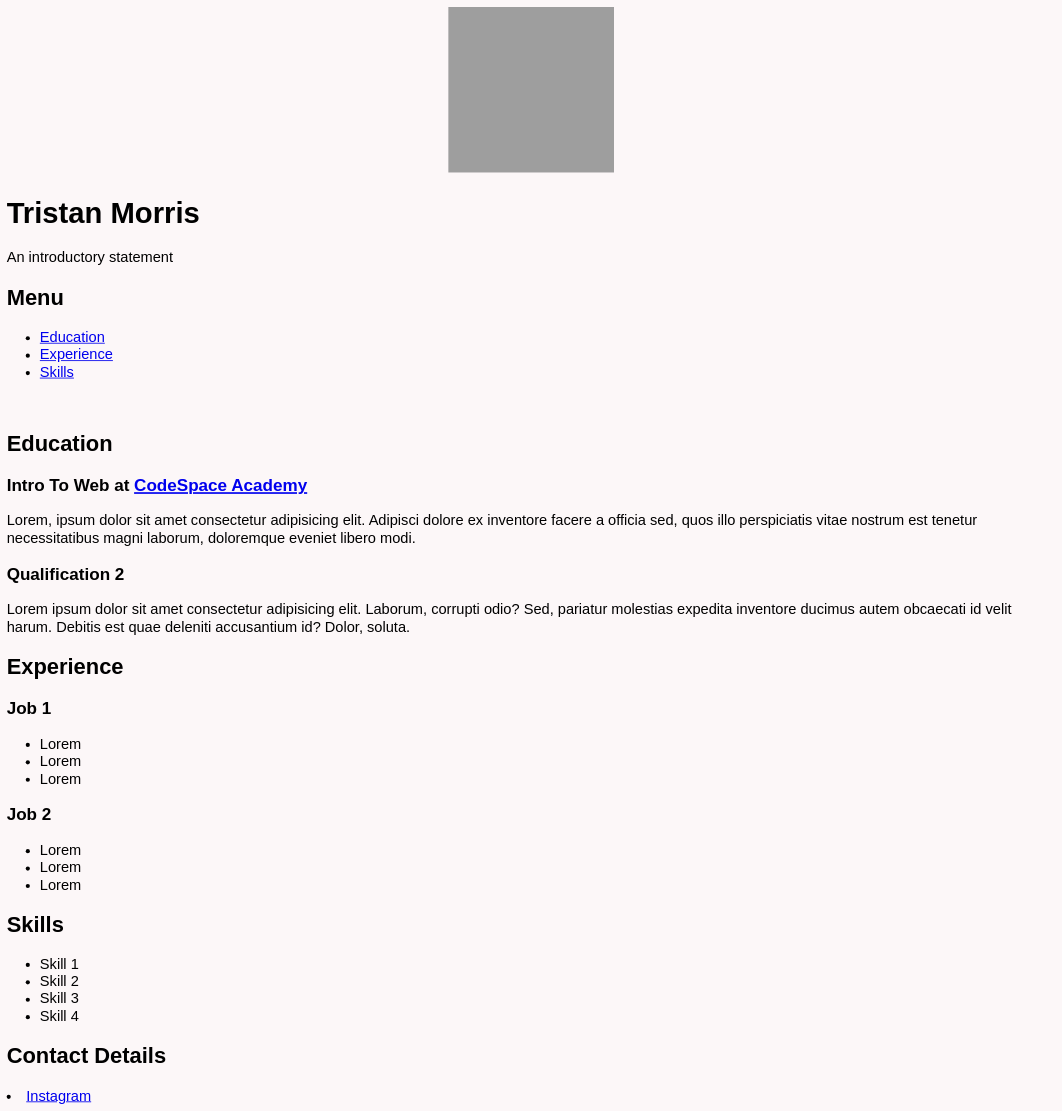
Repository: TristanKMorris/introToWebDesignAssignment
Page: resume1.html
These files come from the project's save history. The page is drawn as it stood at one moment and after the next save; the edit follows.
The browser window is 1280 px wide. The pictures show the whole page, at 83% of full size.
Pictures or frames that could not be fetched are drawn as grey boxes.

Above is the page before, as saved 2022-05-31 13:20:56.

### resume1.html

<!DOCTYPE html>
<html
  <head>
    <title>My first web page</title>

    <link rel="stylesheet" type="text/css" href="css/stylesheet.css">
  </head>
  <body>

    <header>
        <img src="images/Tristan Portrait.png" alt="Tristan Morris Portrait" width="200" height="200"/>
    </header>

    <h1>Tristan Morris</h1>
    <p>An introductory statement</p>
   <h2>Menu</h2>
    <ul>
      <li><a href="#education">Education</a></li>
      <li><a href="#experience">Experience</a></li>
      <li><a href="#skills">Skills</a></li>
    </ul>
    <br />
    <h2 id="education">Education</h2>
    <h3>
      Intro To Web at <a href="http://codespace.co.za/">CodeSpace Academy</a>
    </h3>
    <p>
      Lorem, ipsum dolor sit amet consectetur adipisicing elit. Adipisci dolore
      ex inventore facere a officia sed, quos illo perspiciatis vitae nostrum
      est tenetur necessitatibus magni laborum, doloremque eveniet libero modi.
    </p>
    <h3>Qualification 2</h3>
    <p>
      Lorem ipsum dolor sit amet consectetur adipisicing elit. Laborum, corrupti
      odio? Sed, pariatur molestias expedita inventore ducimus autem obcaecati
      id velit harum. Debitis est quae deleniti accusantium id? Dolor, soluta.
    </p>
    <h2 id="experience">Experience</h2>
    <h3>Job 1</h3>
    <ul>
      <li>Lorem</li>
      <li>Lorem</li>
      <li>Lorem</li>
    </ul>
    <h3>Job 2</h3>
    <ul>
      <li>Lorem</li>
      <li>Lorem</li>
      <li>Lorem</li>
    </ul>
    <h2 id="skills">Skills</h2>
    <ul>
      <li>Skill 1</li>
      <li>Skill 2</li>
      <li>Skill 3</li>
      <li>Skill 4</li>
    </ul>
    <h2>Contact Details</h2>
    <li><a href="http://www.instagram.com/tristan_k_morris">Instagram</a></li>
  </body>
</html>

### css/stylesheet.css
body{
  font-family: sans-serif;
  font-size:110%;
  background-color: #FCF7F8;
}

header {
  text-align: center;
}

footer {
  background-color: #343330;
  text-align: center;
}

After the next save:
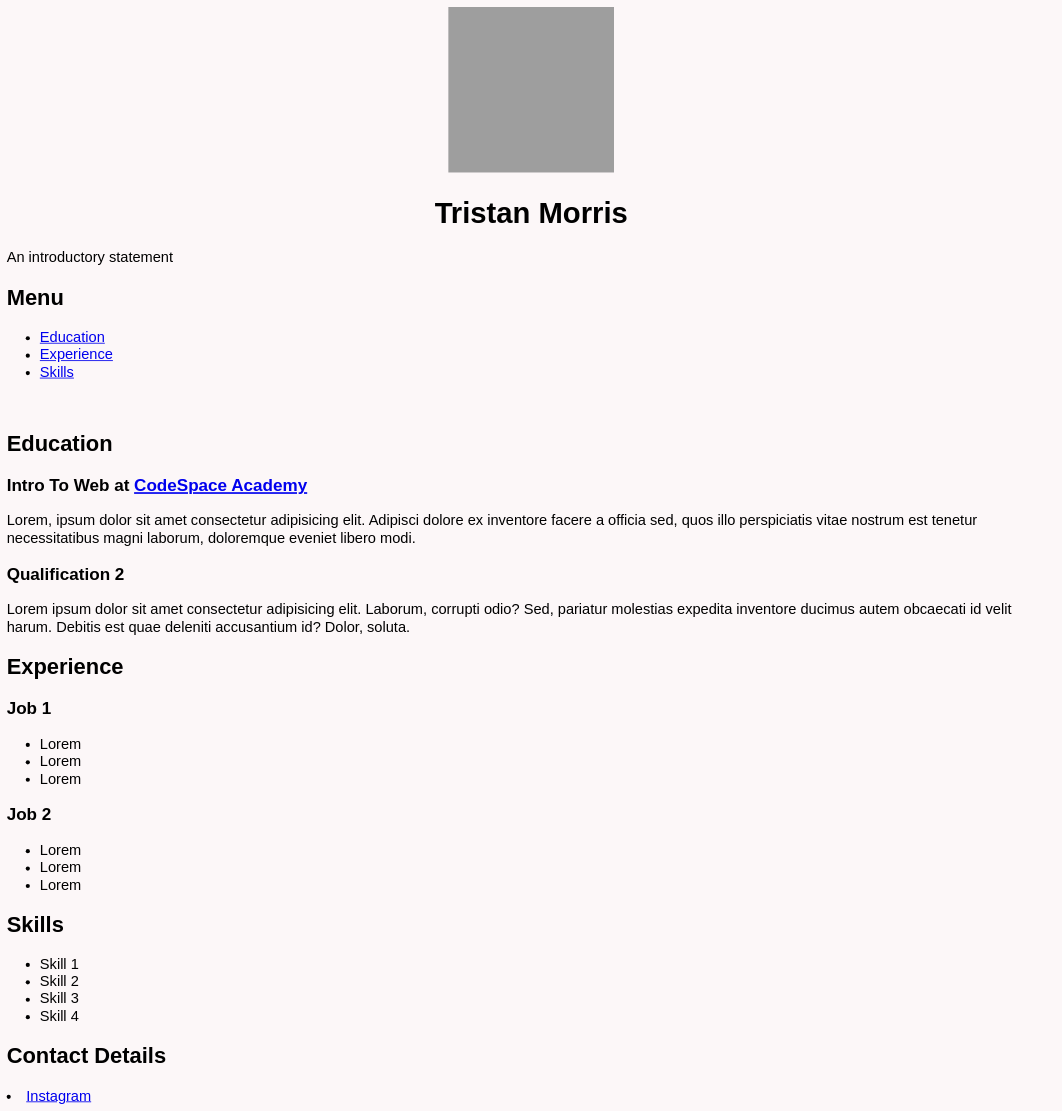
Saved 34 s later.
--- a/resume1.html
+++ b/resume1.html
@@ -10,9 +10,10 @@
 
     <header>
         <img src="images/Tristan Portrait.png" alt="Tristan Morris Portrait" width="200" height="200"/>
+        <h1>Tristan Morris</h1>
     </header>
 
-    <h1>Tristan Morris</h1>
+
     <p>An introductory statement</p>
    <h2>Menu</h2>
     <ul>
